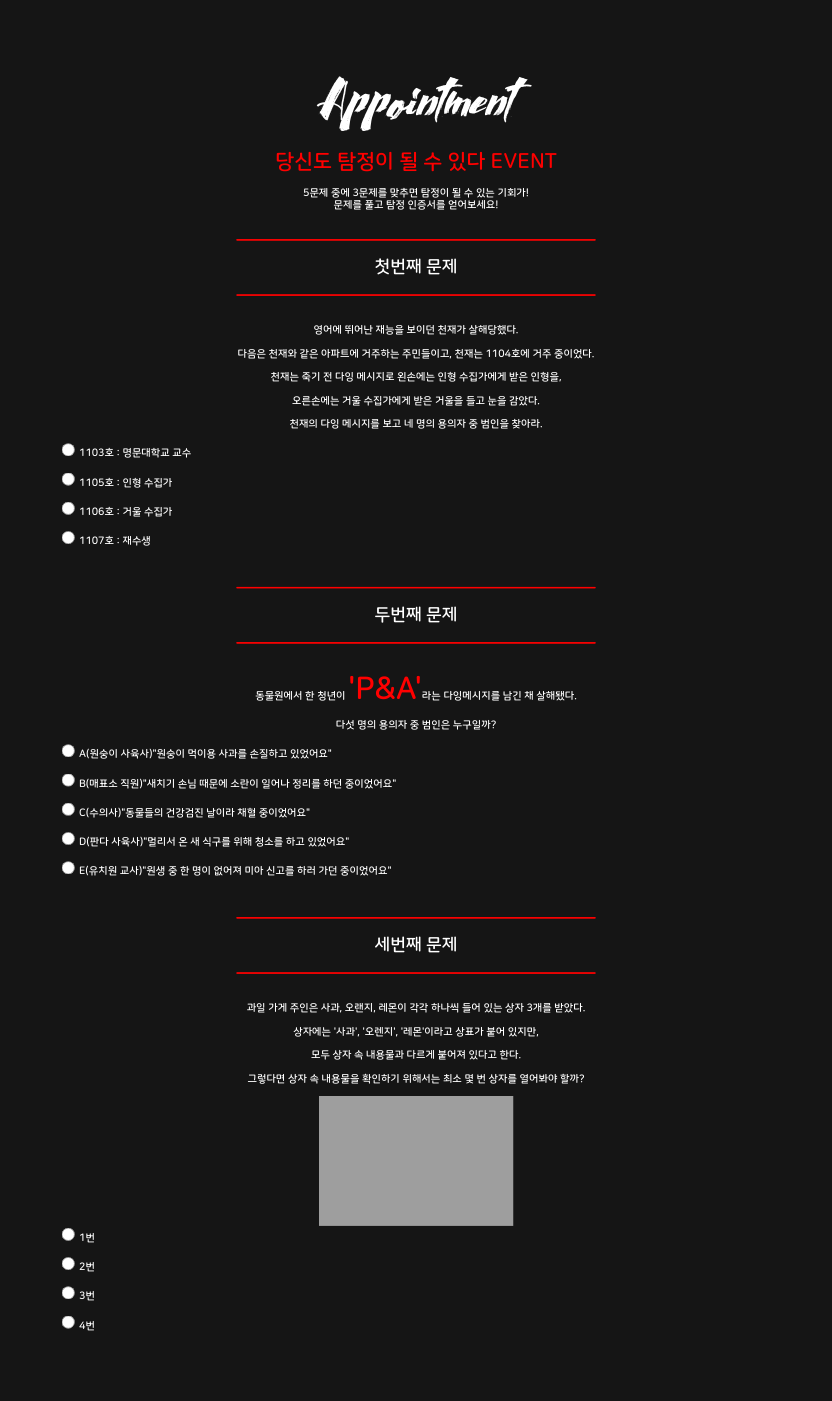
Repository: minkyung0421/Event_Project
Page: http://localhost/Event/letter.jsp
An editor plug-in stored every save of this project. The page is shown before and after the next save, followed by the edit.
The browser window is 1280 px wide. The pictures show the whole page, at 65% of full size.
Pictures or frames that could not be fetched are drawn as grey boxes. The page is served by Tomcat 9.

Above is the page before, as saved 2018-09-04 17:55:24.

### Event_Project/Event/WebContent/letter.jsp
<%@ page language="java" contentType="text/html; charset=UTF-8"
    pageEncoding="UTF-8"%>
<!DOCTYPE html PUBLIC "-//W3C//DTD HTML 4.01 Transitional//EN" "http://www.w3.org/TR/html4/loose.dtd">
<html>
<head>
<meta http-equiv="Content-Type" content="text/html; charset=UTF-8">
<title>EVENT</title>
</head>
<style>
@font-face{
	font-family: 'Calligraphy Personal Use'; src:url('font/Calligraphy Personal Use.ttf');
}
@font-face{font-family:'NANUMSQUAREROUNDL'; src:url('font/NANUMSQUAREROUNDL.TTF')}
@font-face{font-family:'NANUMSQUAREROUNDB'; src:url('font/NANUMSQUAREROUNDB.TTF')}

body{
	margin:7%;
	padding:0px;
	font-family:'NANUMSQUAREROUNDB';
	background-color: #151515;
	color: white;
}

</style>
<body>
<form action = "letter_result.jsp" method="post" name = "Myform">
<center><div style = "font-family: Calligraphy Personal Use; font-size: 90pt; margin-top:5%">Appointment</div></center>

<center><h1 style = "color:red">당신도 탐정이 될 수 있다 EVENT</h1>
<div style = "color: white;">5문제 중에 3문제를 맞추면 탐정이 될 수 있는 기회가!<br>
문제를 풀고 탐정 인증서를 얻어보세요!</div>
<br><br>
<hr color="red" style = "width: 50%">
<br>
<div style = "font-size: 20pt;">첫번째 문제</div>
<br>
<hr color="red" style = "width: 50%">
<br>
<br>
</center>
<center>
영어에 뛰어난 재능을 보이던 천재가 살해당했다.<br><br>
다음은 천재와 같은 아파트에 거주하는 주민들이고, 천재는 1104호에 거주 중이었다.<br><br>
천재는 죽기 전 다잉 메시지로 왼손에는 인형 수집가에게 받은 인형을,<br><br>
오른손에는 거울 수집가에게 받은 거울을 들고 눈을 감았다.<br><br>
천재의 다잉 메시지를 보고 네 명의 용의자 중 범인을 찾아라.<br><br>
</center>
	<label><input type = "radio" name = "l_quiz1" value = "1" style="width:20px;height:20px;"> 1103호 : 명문대학교 교수</label><br><br>
	<label><input type = "radio" name = "l_quiz1" value = "2" style="width:20px;height:20px;"> 1105호 : 인형 수집가</label><br><br>
	<label><input type = "radio" name = "l_quiz1" value = "3" style="width:20px;height:20px;"> 1106호 : 거울 수집가</label><br><br>
	<label><input type = "radio" name = "l_quiz1" value = "4" style="width:20px;height:20px;"> 1107호 : 재수생</label><br><br>
<center>
<br><br>
<hr color="red" style = "width: 50%; ">
<br>
<div style = "font-size: 20pt;">두번째 문제</div>
<br>
<hr color="red" style = "width: 50%;">
<br>
<br>
동물원에서 한 청년이 <font size="8pt" color="red">'P&A'</font>라는 다잉메시지를 남긴 채 살해됐다.<br><br>
다섯 명의 용의자 중 범인은 누구일까?<br><br>
</center>
	<label><input type = "radio" name = "l_quiz2" value = "1" style="width:20px;height:20px;"> A(원숭이 사육사)"원숭이 먹이용 사과를 손질하고 있었어요"</label><br><br>
	<label><input type = "radio" name = "l_quiz2" value = "2" style="width:20px;height:20px;"> B(매표소 직원)"새치기 손님 때문에 소란이 일어나 정리를 하던 중이었어요"</label><br><br>
	<label><input type = "radio" name = "l_quiz2" value = "3" style="width:20px;height:20px;"> C(수의사)"동물들의 건강검진 날이라 채혈 중이었어요"</label><br><br>
	<label><input type = "radio" name = "l_quiz2" value = "4" style="width:20px;height:20px;"> D(판다 사육사)"멀리서 온 새 식구를 위해 청소를 하고 있었어요"</label><br><br>
	<label><input type = "radio" name = "l_quiz2" value = "5" style="width:20px;height:20px;"> E(유치원 교사)"원생 중 한 명이 없어져 미아 신고를 하러 가던 중이었어요"</label><br><br>

<center>
<br><br>
<hr color="red" style = "width: 50%; ">
<br>
<div style = "font-size: 20pt;">세번째 문제</div>
<br>
<hr color="red" style = "width: 50%;">
<br>
<br>
과일 가게 주인은 사과, 오랜지, 레몬이 각각 하나씩 들어 있는 상자 3개를 받았다.<br><br>
상자에는 '사과', '오렌지', '레몬'이라고 상표가 붙어 있지만,<br><br>
모두 상자 속 내용물과 다르게 붙어져 있다고 한다.<br><br>
그렇다면 상자 속 내용물을 확인하기 위해서는 최소 몇 번 상자를 열어봐야 할까?<br><br>
<img src = "https://hips.hearstapps.com/hmg-prod.s3.amazonaws.com/images/fresh-fruit-background-1530133222.jpg?resize=480:*" width=300px height="200px">
</center>
	<label><input type = "radio" name = "l_quiz2" value = "1" style="width:20px;height:20px;"> 1번</label><br><br>
	<label><input type = "radio" name = "l_quiz2" value = "2" style="width:20px;height:20px;"> 2번</label><br><br>
	<label><input type = "radio" name = "l_quiz2" value = "3" style="width:20px;height:20px;"> 3번</label><br><br>
	<label><input type = "radio" name = "l_quiz2" value = "4" style="width:20px;height:20px;"> 4번</label><br><br>
</form>
</body>
</html>

After the next save:
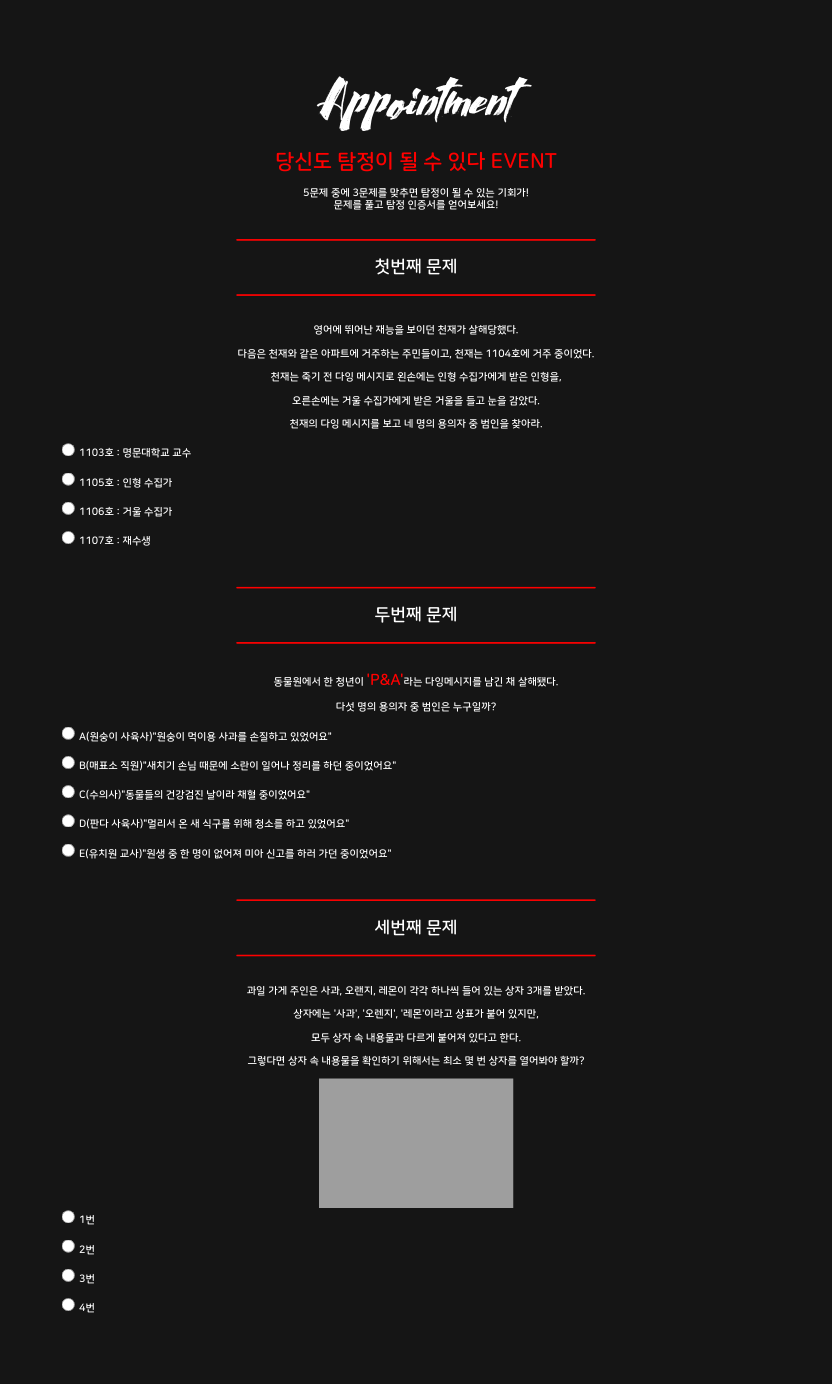
Saved 42 s later.
--- a/Event_Project/Event/WebContent/letter.jsp
+++ b/Event_Project/Event/WebContent/letter.jsp
@@ -58,7 +58,7 @@ body{
 <hr color="red" style = "width: 50%;">
 <br>
 <br>
-동물원에서 한 청년이 <font size="8pt" color="red">'P&A'</font>라는 다잉메시지를 남긴 채 살해됐다.<br><br>
+동물원에서 한 청년이 <font size="5pt" color="red">'P&A'</font>라는 다잉메시지를 남긴 채 살해됐다.<br><br>
 다섯 명의 용의자 중 범인은 누구일까?<br><br>
 </center>
 	<label><input type = "radio" name = "l_quiz2" value = "1" style="width:20px;height:20px;"> A(원숭이 사육사)"원숭이 먹이용 사과를 손질하고 있었어요"</label><br><br>
